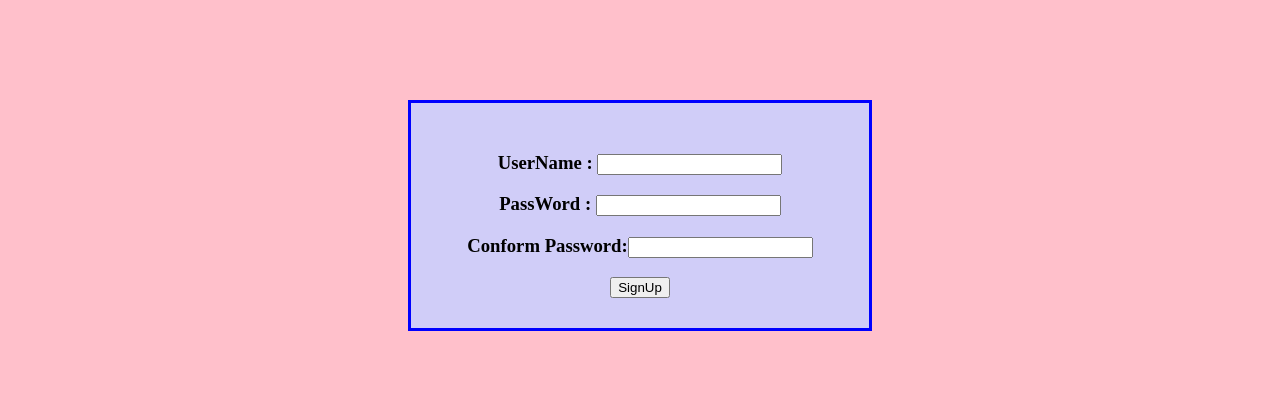
Repository: Vamsigundubogula/E-Commerce-Website
Page: http://localhost/E-commerce-website/signup.jsp
An editor plug-in stored every save of this project. The page is shown before and after the next save, followed by the edit.
The browser window is 1280 px wide. The pictures show the whole page.
The page is served by Tomcat 9.

Above is the page before, as saved 2023-09-11 10:07:59.

After the next save:
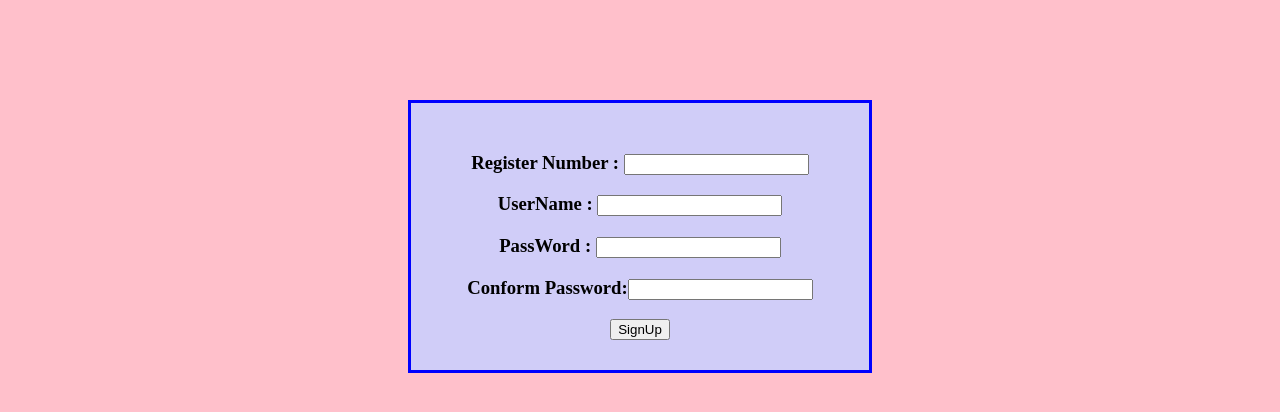
Saved 87 s later.
--- a/E-commerce-website/WebContent/signup.jsp
+++ b/E-commerce-website/WebContent/signup.jsp
@@ -19,6 +19,7 @@
 <body bgcolor="pink">
     <div class="content">
     <form action="signup" method="post" align="center">
+    <h3>Register Number : <input type="text" name="Rno"></h3>
     <h3>UserName        : <input type="text" name="uname"></h3>
     <h3>PassWord        : <input type="text" name="pass"></h3>
     <h3>Conform Password:<input type="text" name="cpass"></h3>
